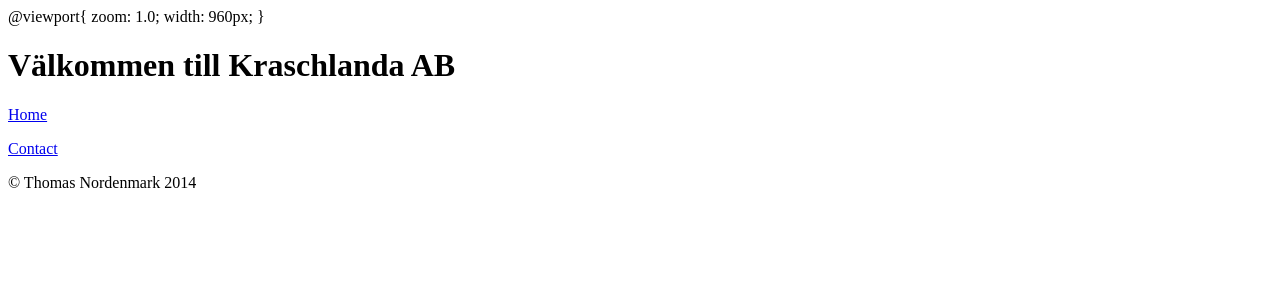
Repository: tnordenmark/web_lab3
Page: Site/uppgift_1/index.html
An editor plug-in stored every save of this project. The page is shown before and after the next save, followed by the edit.
The browser window is 1280 px wide. The pictures show the whole page.

Above is the page before, as saved 2014-09-13 11:50:35.

After the next save:
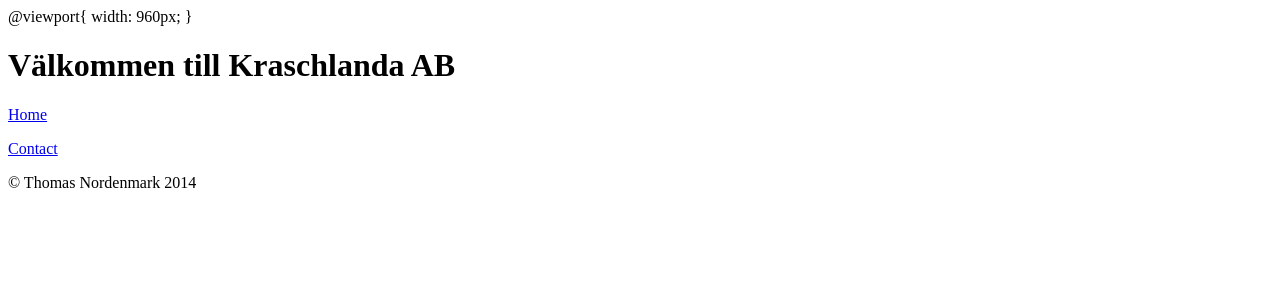
Saved 60 s later.
--- a/Site/uppgift_1/index.html
+++ b/Site/uppgift_1/index.html
@@ -19,8 +19,7 @@ t.nordenmark@gmail.com
 		<link rel="shortcut icon" href="/favicon.ico" type="image/x-icon">
 
 		@viewport{
-            zoom: 1.0;
-            width: 960px;
+		    width: 960px;
         }
 	</head>
 
